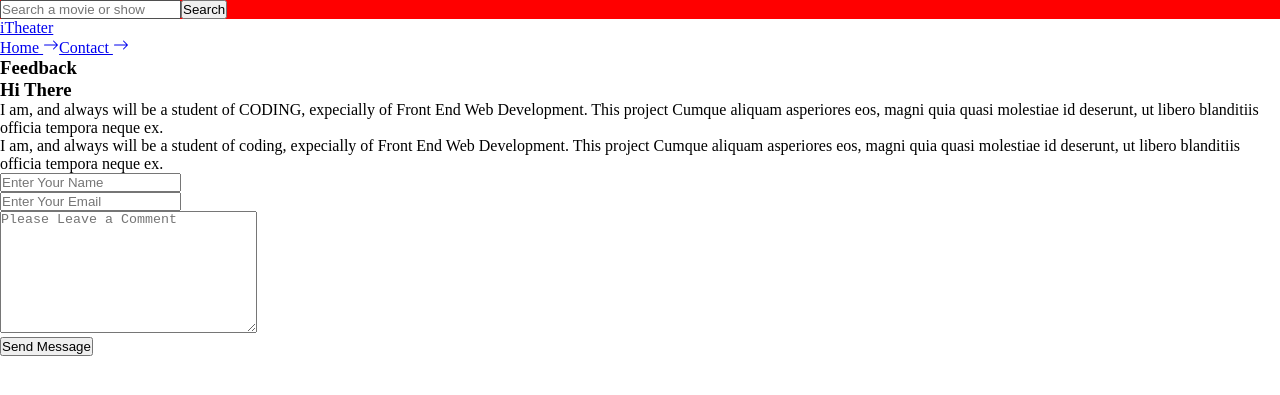
Repository: just-mann/itheater
Page: /contact
These files come from the project's save history. The page is drawn as it stood at one moment and after a run of saves; the edit follows.
The browser window is 1280 px wide. The pictures show the whole page.
The page's requests for data from a server got no answer. Some web fonts or font styles are not loaded; a fallback is used. The project was rebuilt for these pictures with package versions that can differ from the ones it lists, and the page was loaded fresh each time. No one was signed in, and anything a server would have sent is missing. Also part of the build but not shown: src/components/MovieDetail.js, src/components/ShowList.js.

Above is the page before, as saved 2021-07-17 05:47:05.

### public/index.html
<!DOCTYPE html>
<html lang="en">
  <head>
    <meta charset="utf-8" />
    <link rel="icon" href="%PUBLIC_URL%/favicon.ico" />
    <meta name="viewport" content="width=device-width, initial-scale=1" />
    <meta name="theme-color" content="#000000" />
    <meta
      name="description"
      content="Web site created using create-react-app"
    />
    <link rel="apple-touch-icon" href="%PUBLIC_URL%/logo192.png" />
    <!--
      manifest.json provides metadata used when your web app is installed on a
      user's mobile device or desktop. See https://developers.google.com/web/fundamentals/web-app-manifest/
    -->
    <link rel="manifest" href="%PUBLIC_URL%/manifest.json" />
    <!--
      Notice the use of %PUBLIC_URL% in the tags above.
      It will be replaced with the URL of the `public` folder during the build.
      Only files inside the `public` folder can be referenced from the HTML.

      Unlike "/favicon.ico" or "favicon.ico", "%PUBLIC_URL%/favicon.ico" will
      work correctly both with client-side routing and a non-root public URL.
      Learn how to configure a non-root public URL by running `npm run build`.
    -->
    <title>iTheater | Learn More About Your Favorite Movies / TV Shows</title>
    <link rel="preconnect" href="https://fonts.googleapis.com">
    <link rel="preconnect" href="https://fonts.gstatic.com" crossorigin>
    <link href="https://fonts.googleapis.com/css2?family=Bungee+Inline&family=Otomanopee+One&family=Roboto:wght@300&family=Train+One&display=swap" rel="stylesheet">
  </head>
  <body>
    <noscript>You need to enable JavaScript to run this app.</noscript>
    <div id="root"></div>
    <!--
      This HTML file is a template.
      If you open it directly in the browser, you will see an empty page.

      You can add webfonts, meta tags, or analytics to this file.
      The build step will place the bundled scripts into the <body> tag.

      To begin the development, run `npm start` or `yarn start`.
      To create a production bundle, use `npm run build` or `yarn build`.
    -->
  </body>
</html>

### src/index.js
import React from 'react';
import ReactDOM from 'react-dom';
import './styles/style.css';
import App from './App';
import reportWebVitals from './reportWebVitals';

ReactDOM.render(
  <React.StrictMode>
    <App />
  </React.StrictMode>,
  document.getElementById('root')
);

// If you want to start measuring performance in your app, pass a function
// to log results (for example: reportWebVitals(console.log))
// or send to an analytics endpoint. Learn more: https://bit.ly/CRA-vitals
reportWebVitals();

### src/styles/style.css
* {
  padding: 0;
  margin: 0;
  box-sizing: border-box;
}

html {
  scroll-behavior: smooth;
}

.Header {
  background: red;
  width: 100%;
}/*# sourceMappingURL=style_20210716025908.css.map */

### src/App.js
import React from 'react';
import MovieContextProvider from './contexts/MovieContext';
import {BrowserRouter as Router, Switch, Route} from 'react-router-dom';
import Contact from './components/Contact';
import MovieDetail from './components/MovieDetail';
import ShowList from './components/ShowList';

const App = () => {
  return (
    <div className="App">
        <MovieContextProvider>
        <Router>
          <Switch>
            <Route exact path='/'>
              <ShowList />
            </Route>
            <Route exact path='/contact'>
              <Contact />
            </Route>
            <Route exact path='/:id'>
              <MovieDetail />
            </Route>
          </Switch>
        </Router>
        </MovieContextProvider>
    </div>
  );
}

export default App;

### src/contexts/MovieContext.js
import React, {useState, useEffect, createContext} from 'react';

export const movieContext = createContext();

const MovieContextProvider = (props) => {

    const [movie, setMovie] = useState('Bernie');
    const [isPending, setIsPending] = useState(true);

    // Data to be displayed...
    const [data, setData] = useState([])

    // Function to enter movie or show name
    const EnterShow = (show) => {
        setMovie(show);
    }

    useEffect(() => {
        setTimeout(() => {
            fetch(`http://www.omdbapi.com/?s=${movie}&apikey=2c0bfe2d`)
                .then(res => res.json())
                .then(data => {
                    setData(data.Search)
                    setIsPending(false)
                    console.log(data.Search)
                })
                .catch(err => {
                    console.log(err)
                    // setIsPending(true)
                })
        }, 2000)
    }, [movie])

    return (
        <movieContext.Provider value={{movie, data, EnterShow, isPending}}>
            {data && props.children}
        </movieContext.Provider>
    )
}

export default MovieContextProvider;

### src/components/Contact.js
import React, {useEffect} from 'react';
import emailjs from 'emailjs-com';
import Header from './Header';
import SideNav from './SideNav';




const Contact = () => {

    useEffect(() => {
        window.scrollTo(0, 0);
    })

    const sendMessage = (e) => {
        // Prevent default refresh
        e.prevendDefault();

        emailjs.sendForm('i_theater', "i_theater_app1245", e.target, 'user_q41WWjjATyZnRcd2GzQuI')
            .then(result => {
                console.log(result);
            }, (error) => {
                console.log(error)
            });

    }

    return (
        <div className="Contact">
            <Header />
            <SideNav />
            <div className="rightSide">
                <h3>Feedback</h3>
                <div className="row">
                    <div className="contactDet">
                        <h3>Hi There</h3>
                        <p>
                            I am, and always will be a student of <span>CODING</span>, expecially of
                            <span> Front End Web Development</span>. This project
                            Cumque aliquam asperiores eos,
                            magni quia quasi molestiae id deserunt, ut
                            libero blanditiis officia tempora neque ex.
                        </p>
                        <p>
                            I am, and always will be a student of coding, expecially of
                            Front End Web Development. This project
                            Cumque aliquam asperiores eos,
                            magni quia quasi molestiae id deserunt, ut
                            libero blanditiis officia tempora neque ex.
                        </p>
                    </div>
                    <form onSubmit={sendMessage}>
                        <div>
                            {/* <label htmlFor="name">Name</label> */}
                            <input type="text" name="name" id="name" placeholder="Enter Your Name" required/>
                        </div>
                        <div>
                            {/* <label htmlFor="email">Email</label> */}
                            <input type="email" name="email" id="email" placeholder="Enter Your Email" required/>
                        </div>
                        <div>
                            {/* <label htmlFor="message">Message</label> */}
                            <textarea name="message" id="message" cols="30" rows="8" placeholder="Please Leave a Comment" required></textarea>
                        </div>
                        <div>
                            <input type="submit" value="Send Message" />
                        </div>
                    </form>
                </div>
            </div>
        </div>
    )
}

export default Contact;

### src/components/Header.js
import React from 'react';
import Search from './Search';

const Header = () => {
    return (
        <div className="Header">
            <div className="my_container">
                <div className="dummyElement"></div>
                <Search />
            </div>
        </div>
    )
}

export default Header;

### src/components/SideNav.js
import React from 'react';
import {NavLink} from 'react-router-dom';
import {BsArrowRight} from 'react-icons/bs';

const SideNav = () => {
    return (
        <div className="SideNav">
            <div className="logoDiv">
                <NavLink className="app_Logo" to='/'>iTheater</NavLink>
            </div>
            <div className="links">
                <NavLink to='/'  activeClassName="active">Home <BsArrowRight className="arrows"/></NavLink>
                <NavLink to="/contact" activeClassName="active">Contact <BsArrowRight className="arrows"/></NavLink>
            </div>
        </div>
    )
}

export default SideNav;

### src/components/Search.js
import React, {useState, useContext, useEffect} from 'react';
import { useHistory } from 'react-router';
import {movieContext} from '../contexts/MovieContext';

const Search = () => {

    useEffect(() => {
        window.scrollTo(0, 0);
    })

    const history = useHistory();

    const {EnterShow} = useContext(movieContext)

    const [newSearch, setNewSearch] = useState('');

    const handleChange = (e) => {
        setNewSearch(e.target.value);
    }

    // const reDirect = () => {
    //     let path = '/';
    //     let history = useHistory();
    //     history.push(path);
    // }

    const handleSubmit = (e) => {
        e.preventDefault();
        EnterShow(newSearch);
        setNewSearch('');
        history.push('/')
    }

    return (
        <div className="Search">
            <form onSubmit={handleSubmit}>
                <input type='search' value={newSearch} placeholder='Search a movie or show' onChange={handleChange}/>
                <button>Search</button>
            </form>
        </div>
    )
}

export default Search;

Loaded but not shown: src/reportWebVitals.js (common file)

After the next 2 saves:
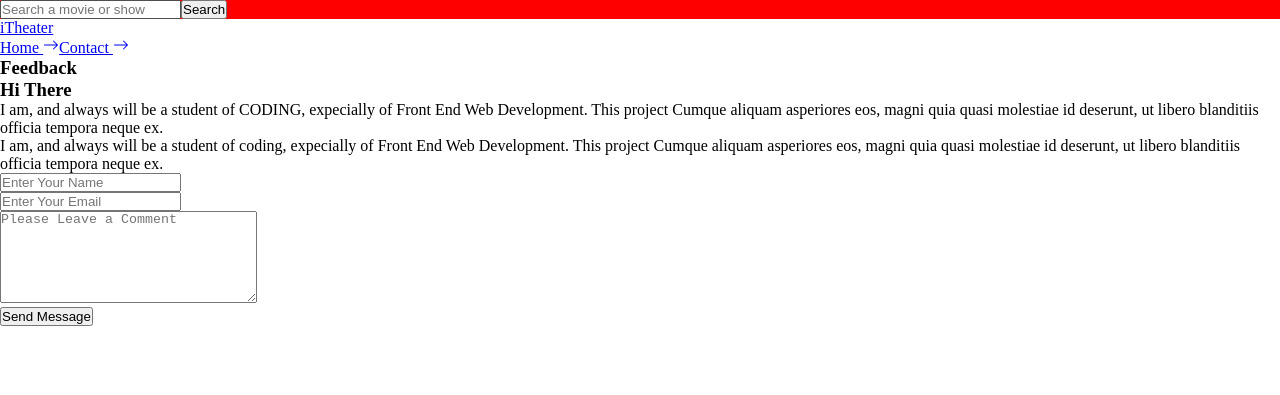
The 2 saves are shown as one change because they came seconds apart.
The last was saved 7 s later.
--- a/src/components/Contact.js
+++ b/src/components/Contact.js
@@ -60,7 +60,7 @@ const Contact = () => {
                         </div>
                         <div>
                             {/* <label htmlFor="message">Message</label> */}
-                            <textarea name="message" id="message" cols="30" rows="8" placeholder="Please Leave a Comment" required></textarea>
+                            <textarea name="message" id="message" cols="30" rows="6" placeholder="Please Leave a Comment" required></textarea>
                         </div>
                         <div>
                             <input type="submit" value="Send Message" />
